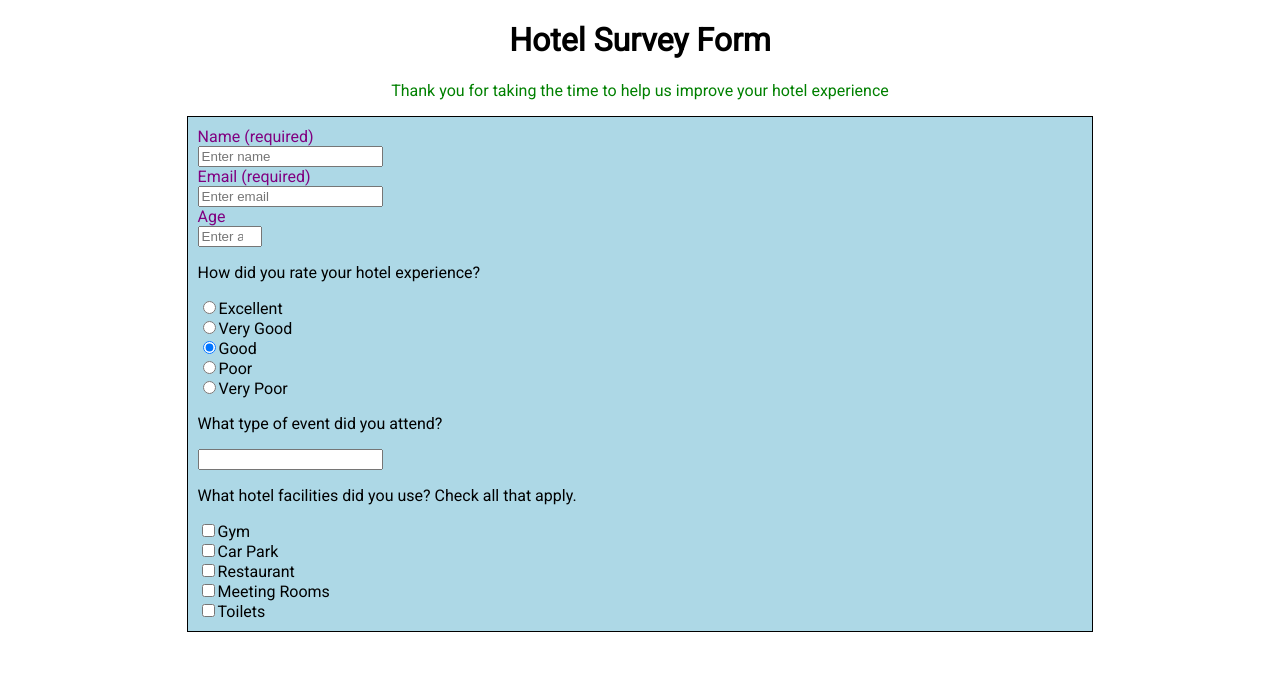
Repository: derektypist/survey-form
Page: index.html
The author's editor kept a record of every edit. The page is drawn from the files as they stood at one moment, then again after the next edit.
The browser window is 1280 px wide. The pictures show the whole page.

Above is the page before.

After the next edit:
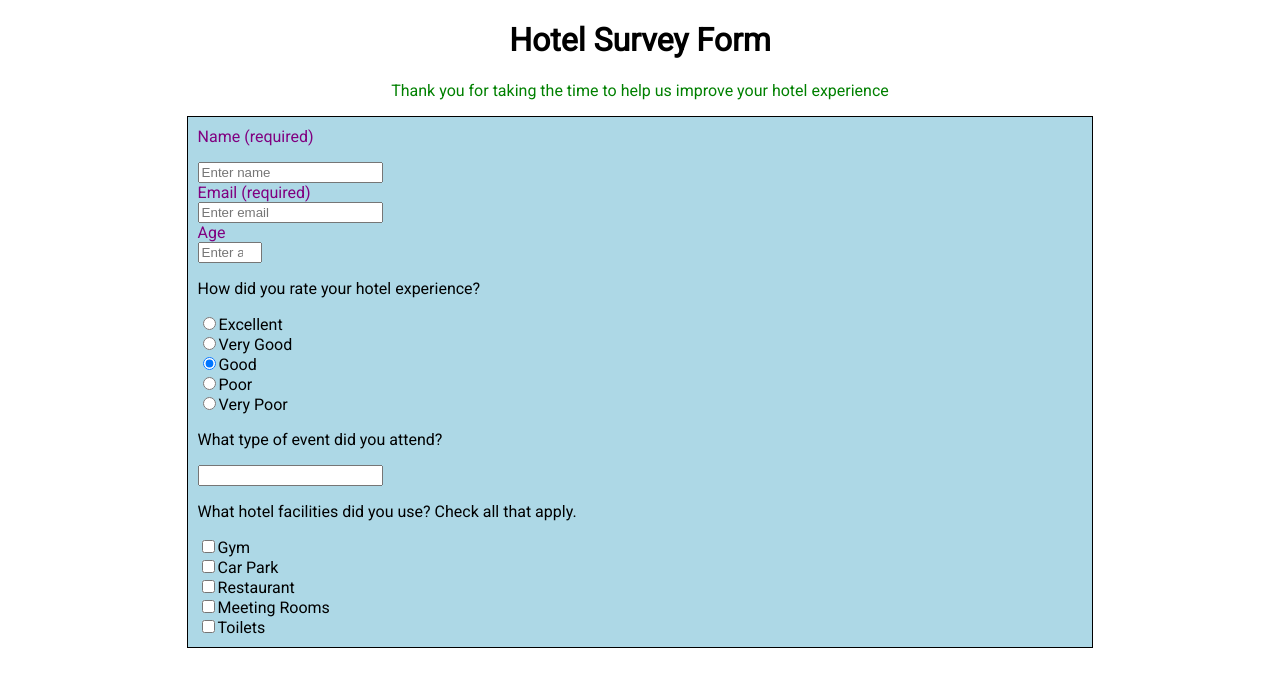
The edit:
--- a/index.html
+++ b/index.html
@@ -61,7 +61,7 @@
             <form id="survey-form">
                 <!-- Set up Name Field -->
                 <label for="name" id="name-label">Name (required)</label>
-                <br>
+                <p></p>
                 <input type="text" id="name" placeholder="Enter name" name="name" required />
                 <br>
 
